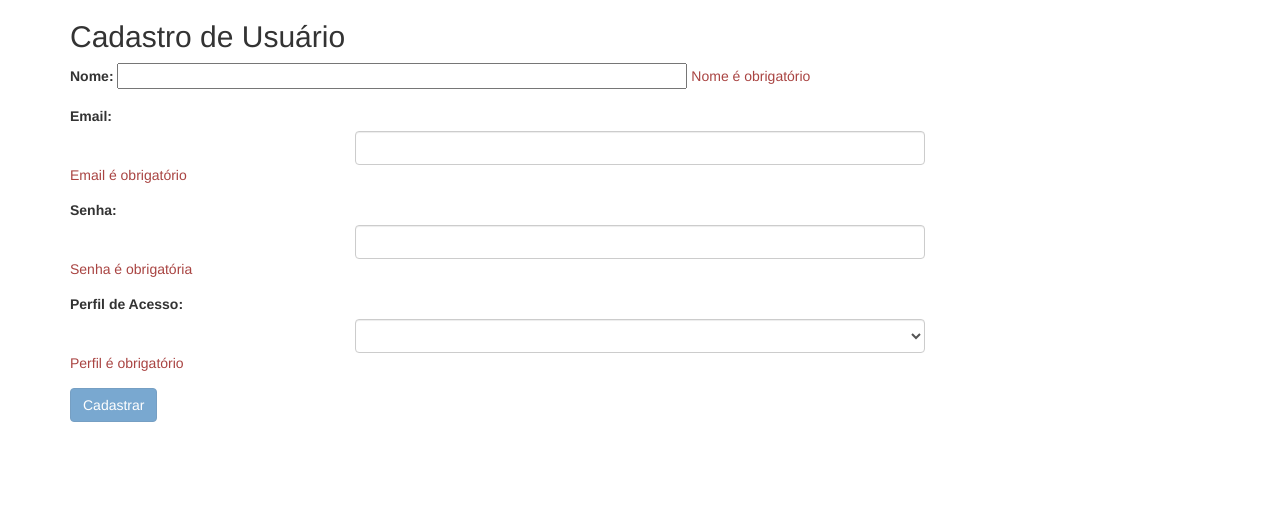
Repository: AndersonSchinemann/ProjetoSaas
Page: TopData/src/main/resources/static/views/cadastro.html
The author's editor kept a copy of each file at every save. The page is drawn from the files as they stood at one save, then again after the next save.
The browser window is 1280 px wide. The pictures show the whole page.

Above is the page before, as saved 2023-11-13 16:47:56.

### TopData/src/main/resources/static/views/cadastro.html
<!-- Adicione Bootstrap CSS e AngularJS -->
<link rel="stylesheet" href="https://maxcdn.bootstrapcdn.com/bootstrap/3.3.7/css/bootstrap.min.css">

<!-- Adicione ng-bootstrap CSS e JavaScript -->
<!--<link rel="stylesheet" href="https://maxcdn.bootstrapcdn.com/bootstrap/4.5.2/css/bootstrap.min.css">-->
<script src="https://ajax.googleapis.com/ajax/libs/angularjs/1.8.2/angular.min.js"></script>
<!--<script src="https://cdnjs.cloudflare.com/ajax/libs/angular-ui-bootstrap/3.0.6/ui-bootstrap-tpls.min.js"></script>-->
<style>
  /* Adicione um estilo personalizado para ajustar a largura dos inputs */
  .custom-width-input {
    width: 50%; /* Largura desejada */
    margin: auto; /* Para centralizar horizontalmente */
  }
</style>
<!-- Seus scripts Angular -->
<script src="js/controllerCad.js"></script>

<div class="container text-left" ng-app="CadastroApp" ng-controller="CadastroController">
  <h2>Cadastro de Usuário</h2>

  <form name="formulario" ng-app>
    <div class="form-group text-left">
      <label for="nome">Nome:</label>
      <input type="text" class="form-group custom-width-input" id="nome" ng-model="usuario.nome" name="nome" required>
      <span ng-class="{'text-danger': formulario.nome.$error.required}" ng-show="formulario.nome.$error.required">Nome é obrigatório</span>
    </div>

    <div class="form-group text-left">
      <label for="email">Email:</label>
      <input type="email" class="form-control custom-width-input" id="email" ng-model="usuario.email" name="email" required>
      <span ng-class="{'text-danger': formulario.email.$error.required}" ng-show="formulario.email.$error.required">Email é obrigatório</span>
      <span ng-class="{'text-danger': formulario.email.$error.email}" ng-show="formulario.email.$error.email">E-mail inválido</span>
    </div>

    <div class="form-group text-left">
      <label for="senha">Senha:</label>
      <input type="password" class="form-control custom-width-input" id="senha" ng-model="usuario.senha" name="senha" required>
      <span ng-class="{'text-danger': formulario.senha.$error.required}" ng-show="formulario.senha.$error.required">Senha é obrigatória</span>
    </div>

    <div class="form-group text-left">
      <label for="perfil">Perfil de Acesso:</label>
      <select class="form-control custom-width-input" id="perfil" ng-model="usuario.perfil" name="perfil" required>
        <option value="admin">Admin</option>
        <option value="usuario">Usuário</option>
      </select>
      <span ng-class="{'text-danger': formulario.perfil.$error.required}" ng-show="formulario.perfil.$error.required">Perfil é obrigatório</span>
    </div>

    <button type="button" class="btn btn-primary" ng-click="cadastrarUsuario()" ng-disabled="formulario.$invalid || formulario.$pristine">Cadastrar</button>
  </form>
</div>

### TopData/src/main/resources/static/js/controllerCad.js
var app = angular.module('CadastroApp',  []);

app.controller('CadastroController', function($scope, $http) {
    $scope.usuario = {};

    $scope.cadastrarUsuario = function() {
        // Aqui você pode enviar os dados para o backend (Spring Boot) usando $http.post
        // Exemplo:
       for (var key in $scope.usuario) {
        if (!$scope.usuario[key]) {
          // Exibe uma mensagem de erro informando qual campo está vazio
          alert('O campo ' + key + ' é obrigatório.');
          return;
        }
      }
      $http.post('/api/usuarios', $scope.usuario)
           .then(function(response) {
		        console.log(response.data);
		        // Exibir mensagem de sucesso
		        alert('Usuário cadastrado com sucesso!');
		    })
		    .catch(function(error) {
		        console.log(error);
		        // Exibir mensagem de erro
		        alert('Erro ao cadastrar usuário. Por favor, tente novamente JS.');
			});

	}

});

After the next save:
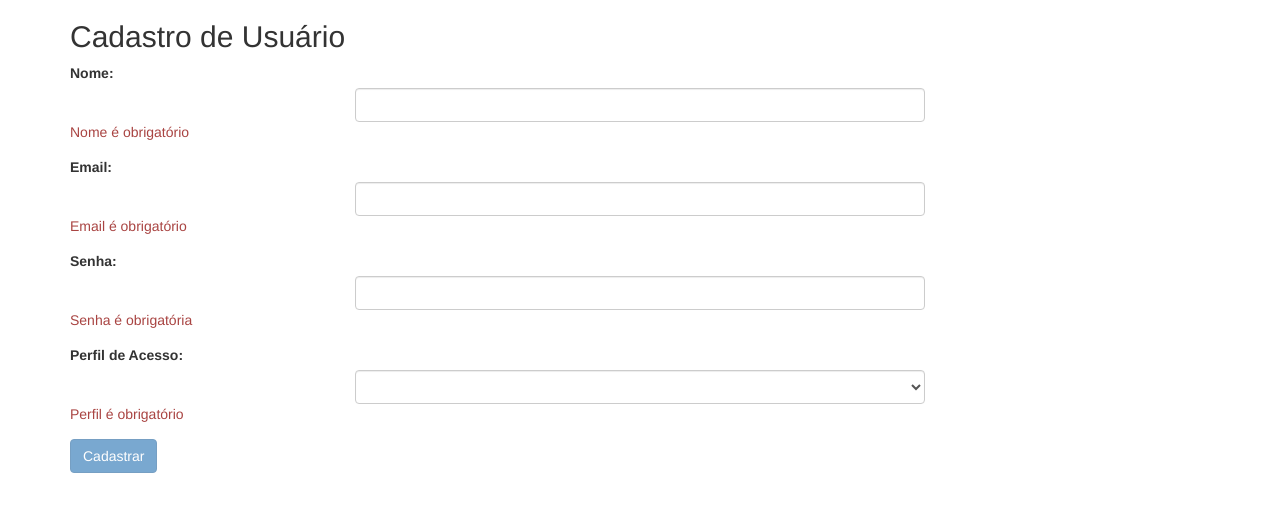
Saved 2 min 48 s later.
--- a/TopData/src/main/resources/static/views/cadastro.html
+++ b/TopData/src/main/resources/static/views/cadastro.html
@@ -21,7 +21,7 @@
   <form name="formulario" ng-app>
     <div class="form-group text-left">
       <label for="nome">Nome:</label>
-      <input type="text" class="form-group custom-width-input" id="nome" ng-model="usuario.nome" name="nome" required>
+      <input type="text" class="form-control custom-width-input" id="nome" ng-model="usuario.nome" name="nome" required>
       <span ng-class="{'text-danger': formulario.nome.$error.required}" ng-show="formulario.nome.$error.required">Nome é obrigatório</span>
     </div>
 
